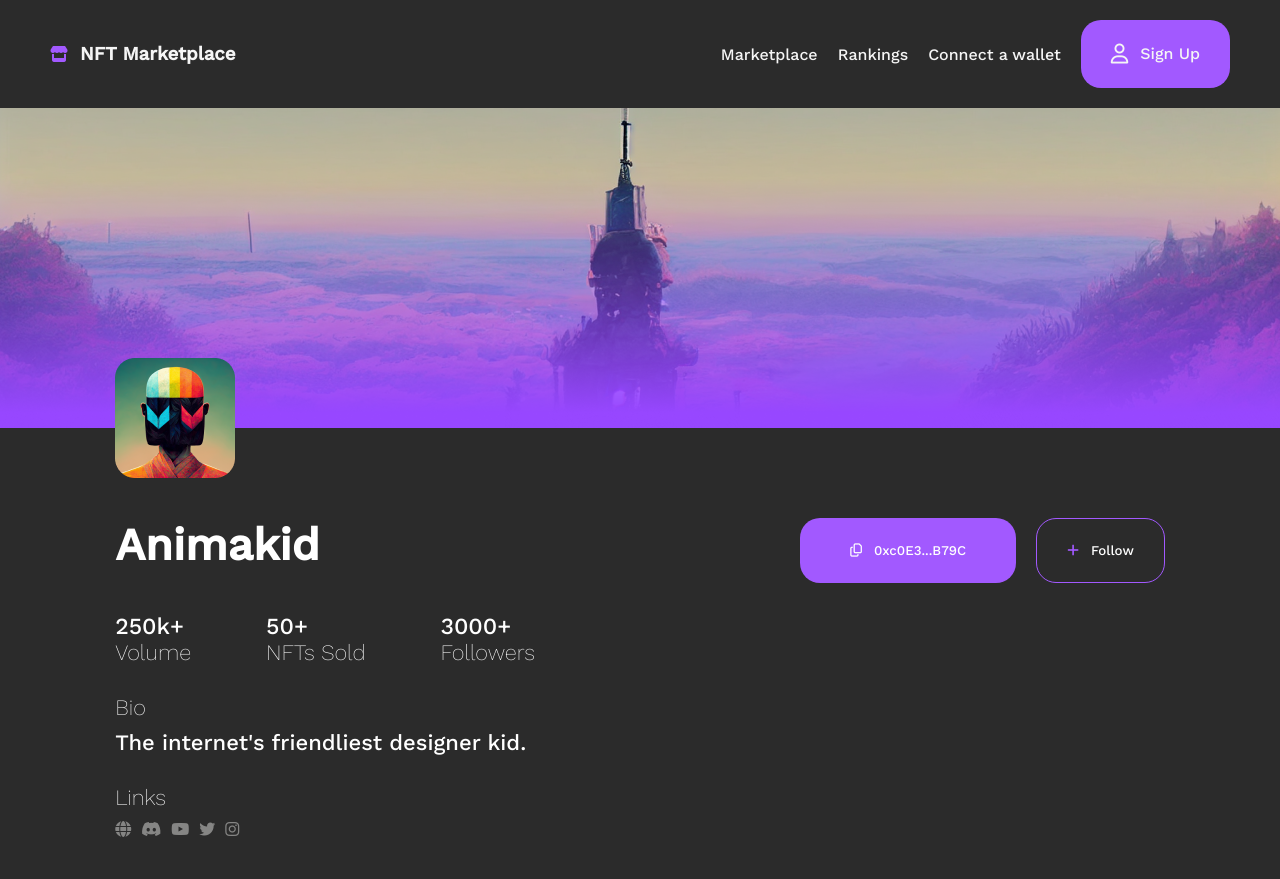
Repository: levananh202ht/NFT_Marketplace
Page: index.html
An editor plug-in stored every save of this project. The page is shown before and after the next save, followed by the edit.
The browser window is 1280 px wide. The pictures show the whole page.

Above is the page before, as saved 2023-12-09 22:19:18.

After the next save:
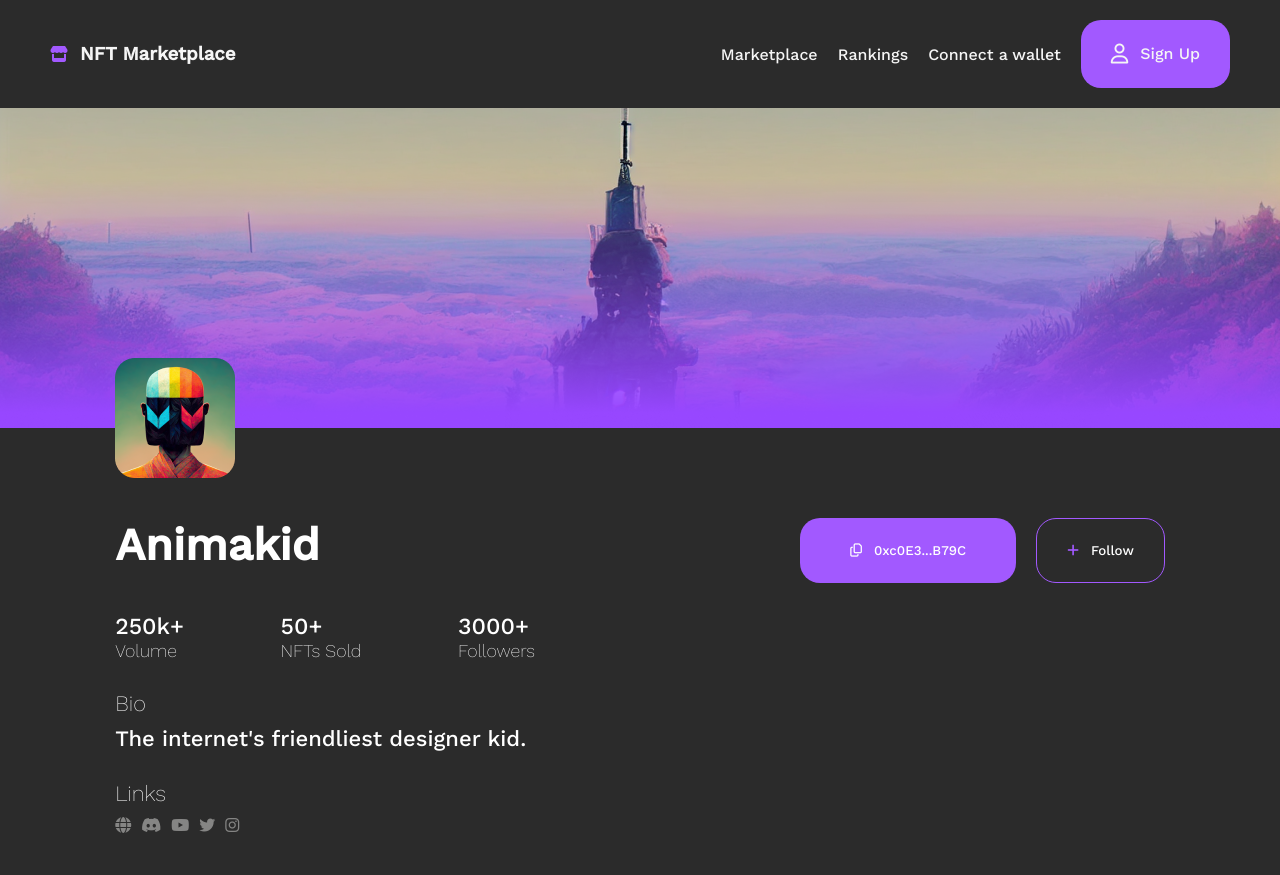
Saved 16 s later.
--- a/index.css
+++ b/index.css
@@ -131,7 +131,7 @@
     font-size: 1.8vw;
 }
 .nft_userInfo .nft_userInfo-bottom .nft_userInfo-bottom-param div p.text {
-    font-size: 1.719vw;
+    font-size: 1.4vw;
     font-weight: 300;
 }
 .nft_userInfo .nft_userInfo-bottom .nft_userInfo-bottom-bio {
